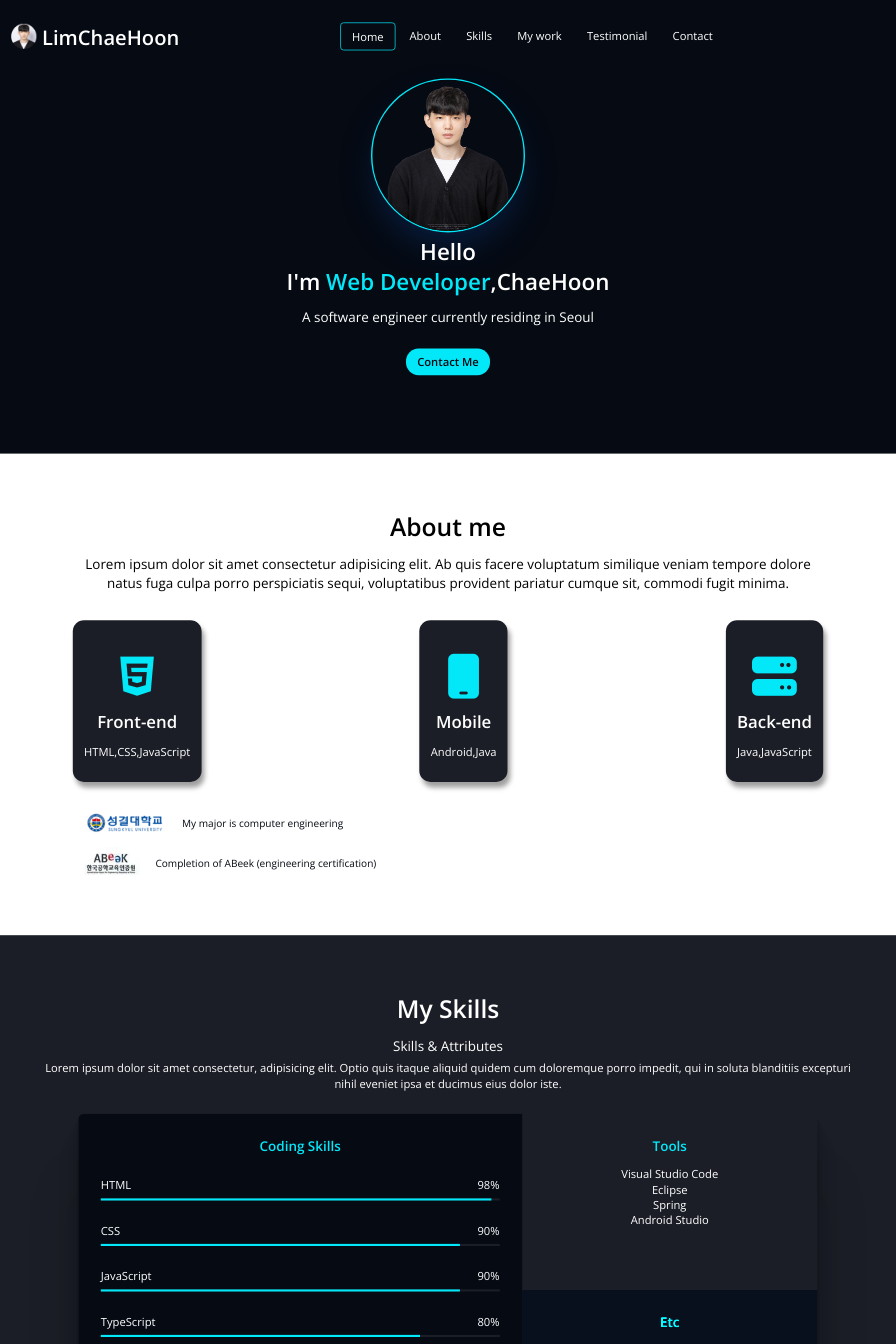
Repository: Iimchaehoon/portfollio
Page: index.html
The author's editor kept a copy of each file at every save. The page is drawn from the files as they stood at one save, then again after the next save.
The browser window is 1280 px wide. The pictures show the part of the page from y = 0 to 1920 px (the page is 4147 px tall), at 70% of full size.
Some web libraries are served in a nearby version.

Above is the page before, as saved 2023-07-18 21:13:07.

After the next save:
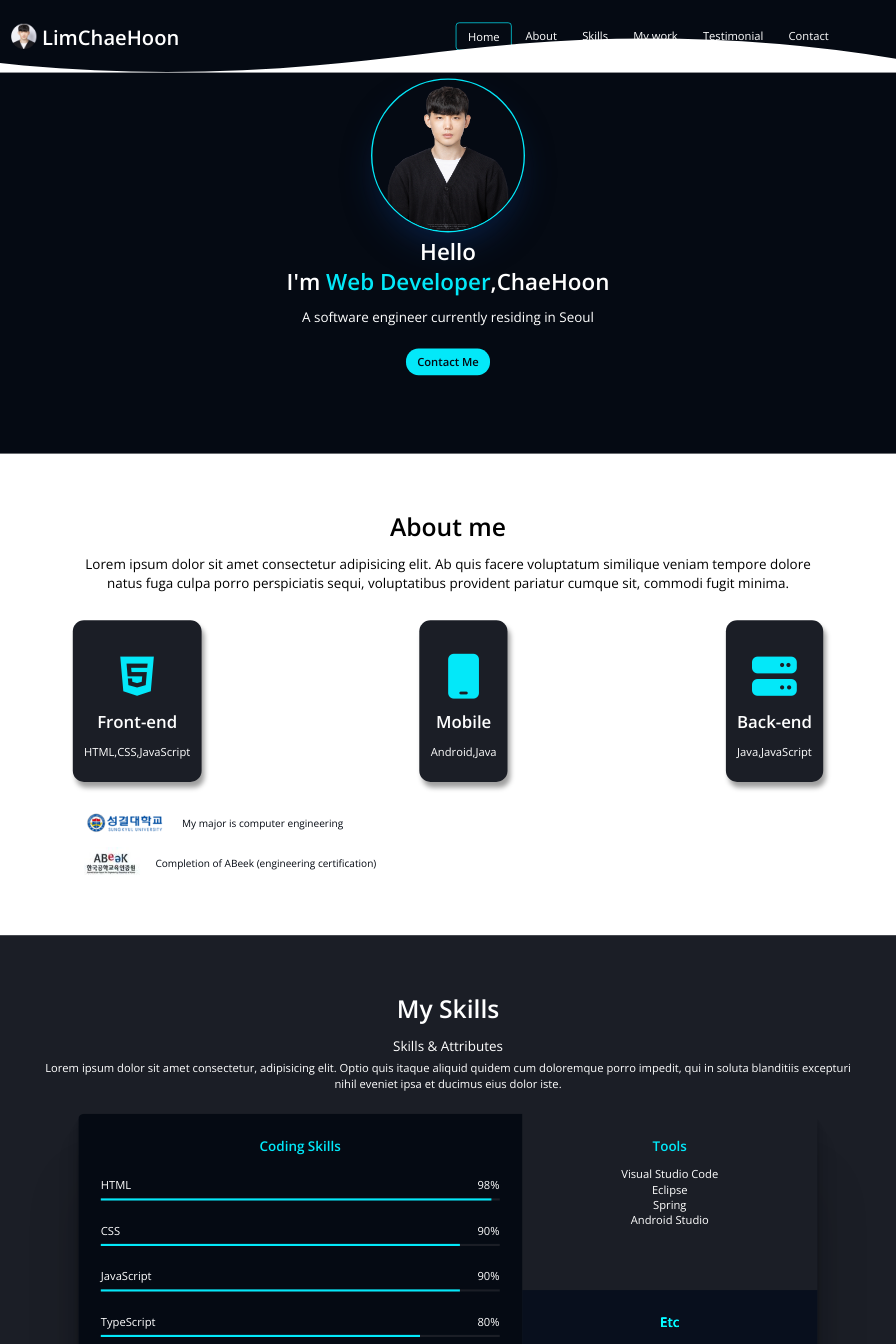
Saved 50 s later.
--- a/css/style.css
+++ b/css/style.css
@@ -135,6 +135,26 @@ button:focus {
 }
 .header__menu__item.active:active {
   background-color: var(--color-accent);
+}
+.custom-shape-divider-bottom-1689682338 {
+  position: absolute;
+  bottom: 0;
+  left: 0;
+  width: 100%;
+  overflow: hidden;
+  line-height: 0;
+  transform: rotate(180deg);
+}
+
+.custom-shape-divider-bottom-1689682338 svg {
+  position: relative;
+  display: block;
+  width: calc(157% + 1.3px);
+  height: 88px;
+}
+
+.custom-shape-divider-bottom-1689682338 .shape-fill {
+  fill: #ffffff;
 }
 
 /* Home */
